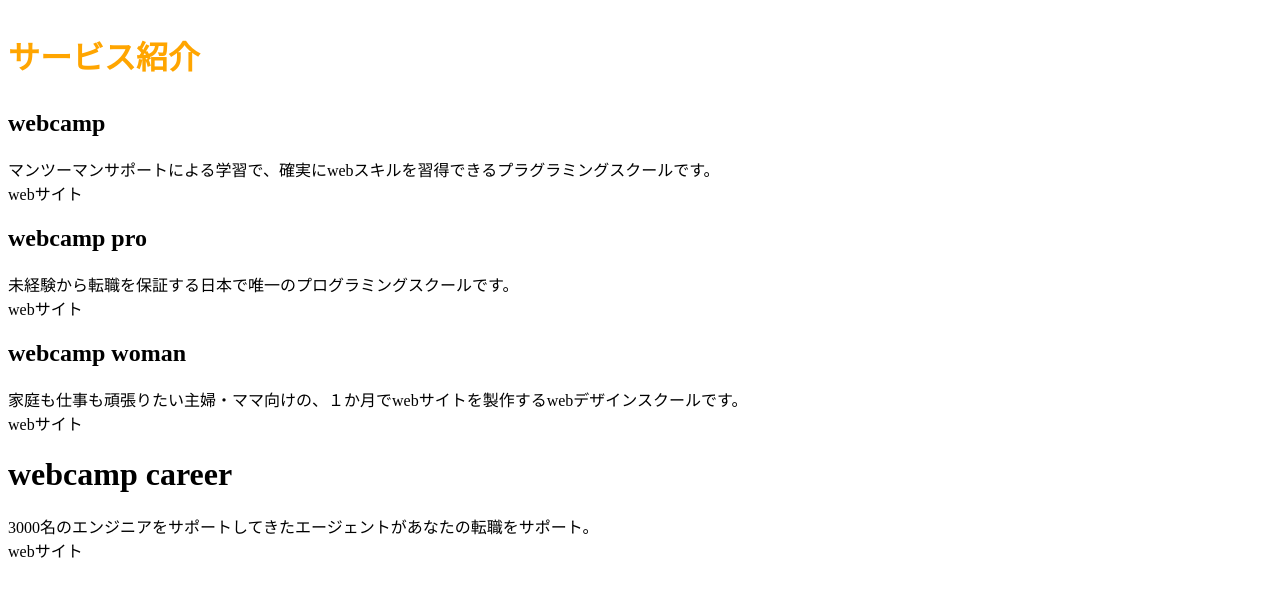
Repository: YasuyoshiSakai/kadai1
Page: sample/ensyuu.html
The author's editor kept a record of every edit. The page is drawn from the files as they stood at one moment, then again after the next edit.
The browser window is 1280 px wide. The pictures show the whole page.

Above is the page before.

### sample/ensyuu.html
<!DOCTYPE HTML>
<html lang="ja">
  <head>
    <meta charset="UTF-8" />
    <title>初めてのHTML</title>
    <link rel="stylesheet" href="style.css">
  </head>

  <body>
<h1><p class="orange">サービス紹介</p></h1>

<h2>webcamp</h2>
マンツーマンサポートによる学習で、確実にwebスキルを習得できるプラグラミングスクールです。<br>
webサイト<br>
<h2>webcamp pro</h2>
未経験から転職を保証する日本で唯一のプログラミングスクールです。<br>
webサイト<br>
<h2>webcamp woman</h2>
家庭も仕事も頑張りたい主婦・ママ向けの、１か月でwebサイトを製作するwebデザインスクールです。<br>
webサイト<br>
<h1>webcamp career</h1>
3000名のエンジニアをサポートしてきたエージェントがあなたの転職をサポート。<br>
webサイト<br>
  </body>
</html>

### sample/style.css
.orange{
color:orange;
}

After the next edit:
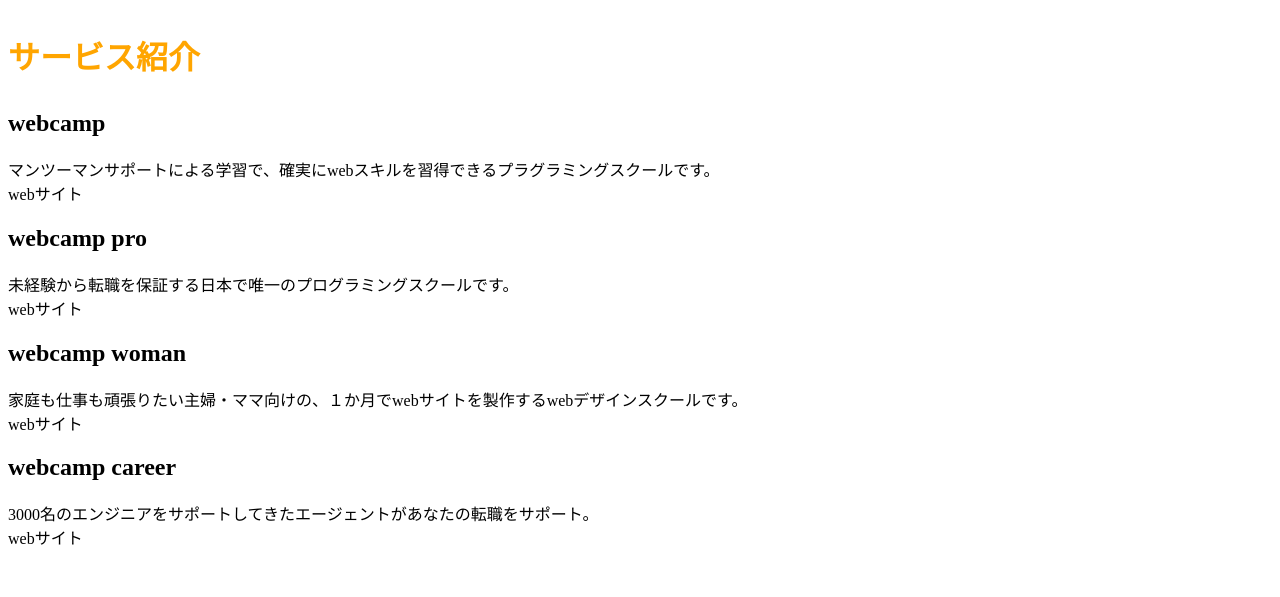
The edit:
--- a/sample/ensyuu.html
+++ b/sample/ensyuu.html
@@ -18,7 +18,7 @@
 <h2>webcamp woman</h2>
 家庭も仕事も頑張りたい主婦・ママ向けの、１か月でwebサイトを製作するwebデザインスクールです。<br>
 webサイト<br>
-<h1>webcamp career</h1>
+<h2>webcamp career</h2>
 3000名のエンジニアをサポートしてきたエージェントがあなたの転職をサポート。<br>
 webサイト<br>
   </body>
